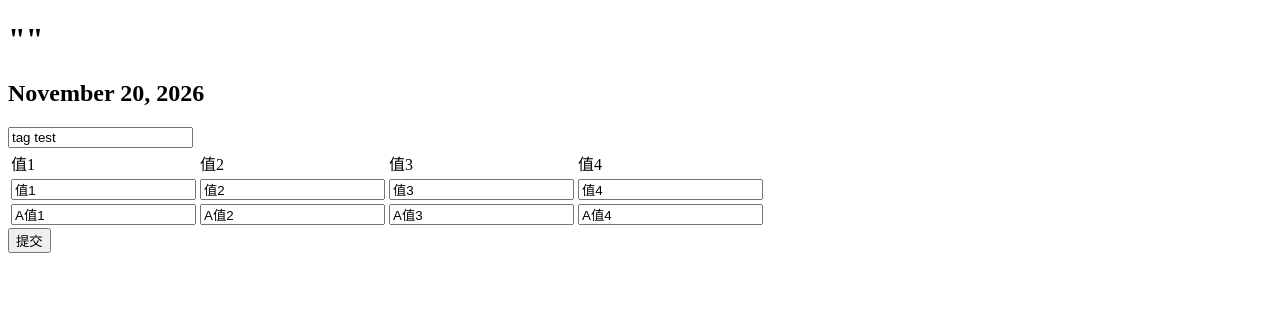
Repository: luckybright/springmvc
Page: http://localhost/springmvc/jsp/echo.jsp
These files come from the project's save history. The page is drawn as it stood at one moment and after the next save; the edit follows.
The browser window is 1280 px wide. The pictures show the whole page.
The page is served by Tomcat 9. Nobody is signed in. The application's start-up code is not run. Other server files are loaded and not shown.

Above is the page before, as saved 2014-04-24 08:48:51.

### springmvc/WebContent/jsp/echo.jsp
<%@ page language="java" contentType="text/html; charset=UTF-8"
	pageEncoding="UTF-8"%>
<%@taglib prefix="site-utils" uri="/WEB-INF/tlds/site-utils.tld"%>
<!DOCTYPE html PUBLIC "-//W3C//DTD HTML 4.01 Transitional//EN" "http://www.w3.org/TR/html4/loose.dtd">
<html>
<head>
<meta http-equiv="Content-Type" content="text/html; charset=UTF-8">
<title>Insert title here</title>
</head>
<body>
	<h1>"${aJspValue}"</h1>
	<h2>
		<site-utils:lastModified />
	</h2>
	<site-utils:textInput />
	<div class="tableForm">
		<form action="product/tableform.cmd" method="post">
			<input type="hidden" name="formType" value="tableForm">
			<input type="hidden" name="className" value="ming.bean.FormBean">
			<table>
				<thead>
					<tr>
						<td>值1</td>
						<td>值2</td>
						<td>值3</td>
						<td>值4</td>
					</tr>
				</thead>
				<tbody>
					<tr>
						<td><input name="value1" value="值1"></td>
						<td><input name="value2" value="值2"></td>
						<td><input name="value3" value="值3"></td>
						<td><input name="value4" value="值4"></td>
					</tr>
					<tr>
						<td><input name="value1" value="A值1"></td>
						<td><input name="value2" value="A值2"></td>
						<td><input name="value3" value="A值3"></td>
						<td><input name="value4" value="A值4"></td>
					</tr>
				</tbody>
			</table>
			<input type="hidden" name="comment" value="支持的数据类型应该有字符串，数字，可格式化的小数，金额。输入形式有文本框，下拉选择框，日期，（复选框和单选框稍后加）">
			<input type="submit" value="提交">
		</form>
	</div>
</body>
</html>

### springmvc/src/ming/tag/LastModifiedTag.java
package ming.tag;

import java.io.File;
import java.io.IOException;
import java.text.DateFormat;
import java.util.Date;

import javax.servlet.http.HttpServletRequest;
import javax.servlet.jsp.tagext.TagSupport;

public class LastModifiedTag extends TagSupport {
	private static final long serialVersionUID = -2463956816652901357L;

	public int doEndTag() {
		try {
			HttpServletRequest request = (HttpServletRequest) pageContext
					.getRequest();
			String path = pageContext.getServletContext().getRealPath(
					request.getServletPath());
			File file = new File(path);
			DateFormat formatter = DateFormat.getDateInstance(DateFormat.LONG);
			pageContext.getOut().println(
					formatter.format(new Date(file.lastModified())));
		} catch (IOException ignored) {
		}
		return EVAL_PAGE;
	}

}

### springmvc/src/ming/tag/TextInputTag.java
package ming.tag;

import java.io.IOException;

import javax.servlet.jsp.tagext.TagSupport;

public class TextInputTag extends TagSupport {

	private static final long serialVersionUID = -3451527101072326720L;

	public int doEndTag(){
		try {
			pageContext.getOut().println("<input type=\"text\" value=\"tag test\">");
		} catch (IOException ignored) {
		}
		return EVAL_PAGE;
	}
}

After the next save:
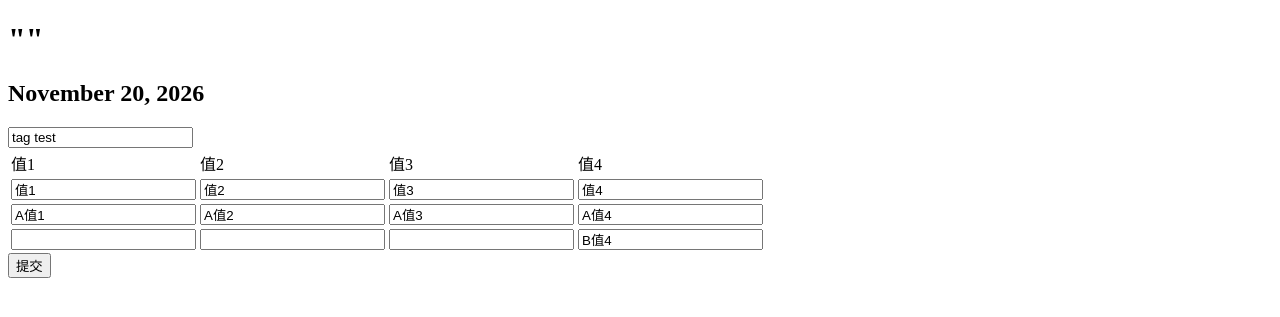
Saved 20 s later.
--- a/springmvc/WebContent/jsp/echo.jsp
+++ b/springmvc/WebContent/jsp/echo.jsp
@@ -39,6 +39,12 @@
 						<td><input name="value3" value="A值3"></td>
 						<td><input name="value4" value="A值4"></td>
 					</tr>
+					<tr>
+						<td><input name="value1" value=""></td>
+						<td><input name="value2" value=""></td>
+						<td><input name="value3" value=""></td>
+						<td><input name="value4" value="B值4"></td>
+					</tr>
 				</tbody>
 			</table>
 			<input type="hidden" name="comment" value="支持的数据类型应该有字符串，数字，可格式化的小数，金额。输入形式有文本框，下拉选择框，日期，（复选框和单选框稍后加）">
